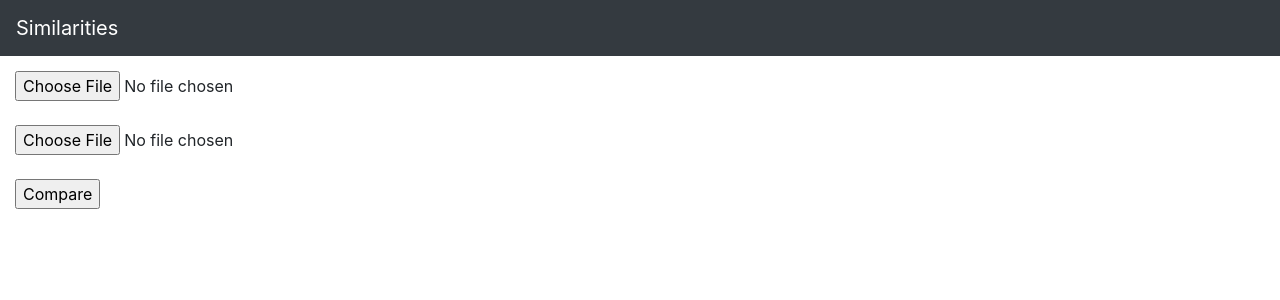
Repository: GiulianoSoria/CS50x
Page: http://localhost/
The author's editor kept a record of every edit. The page is drawn from the files as they stood at one moment, then again after the next edit.
The browser window is 1280 px wide. The pictures show the whole page.
Some web libraries are served in a nearby version. The page is served by the project's application, run on Flask 3 (pset6/similarities/more/application.py).

Above is the page before.

After the next edit:
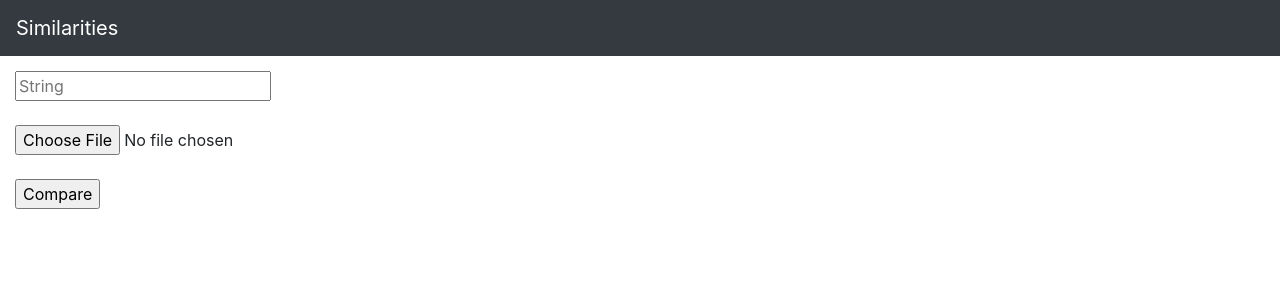
The edit:
--- a/pset6/similarities/more/templates/index.html
+++ b/pset6/similarities/more/templates/index.html
@@ -5,7 +5,7 @@
     <div class="col">
         <form action="/compare" enctype="multipart/form-data" method="post">
             <div>
-                <input name="file1" placeholder="String" type="file"/><br><br>
+                <input name="file1" placeholder="String" type="text"/><br><br>
             </div>
             <div>
                 <input name="file2" placeholder="String" type="file"/><br><br>
